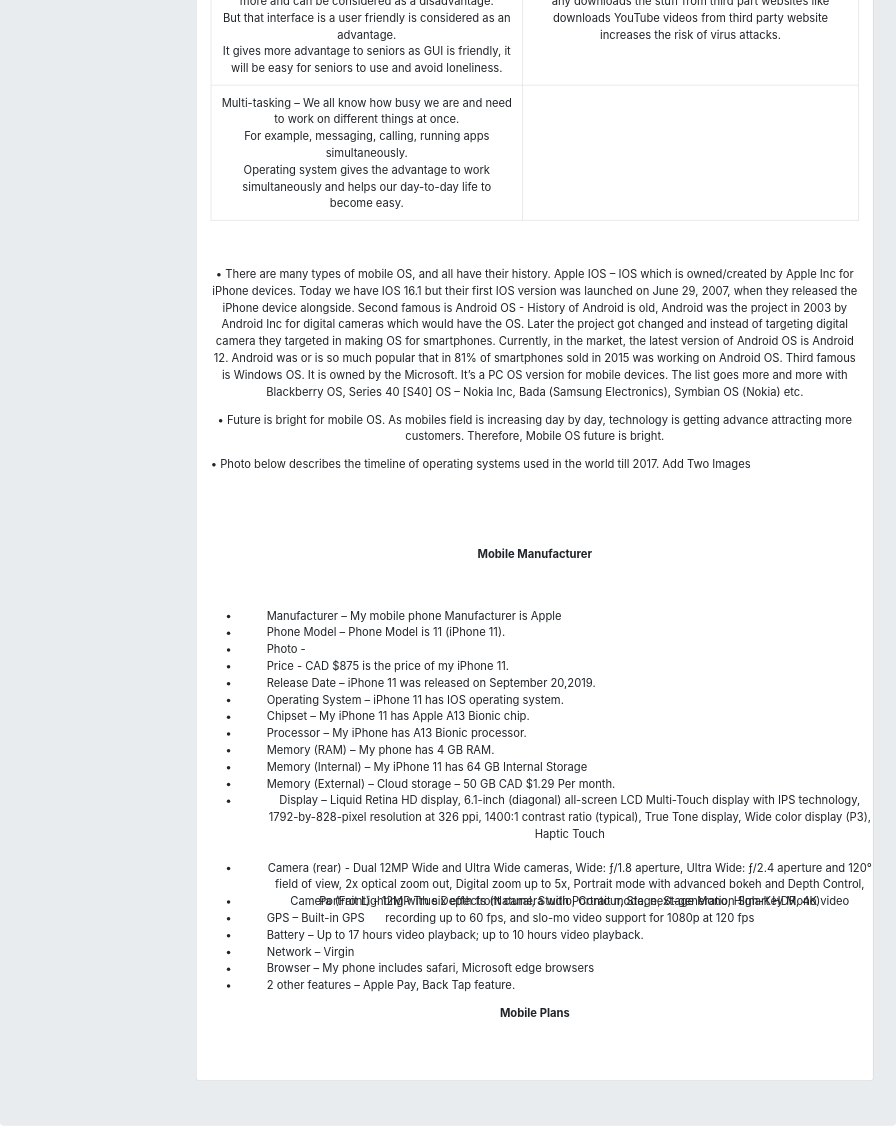
Repository: devanshudave1901/Mobile-Dev-Website
Page: labs.html
An editor plug-in stored every save of this project. The page is shown before and after the next save, followed by the edit.
The browser window is 1280 px wide. The pictures show the part of the page from y = 1653 to 3573 px (the page is 3293 px tall before and 3573 px after), at 70% of full size.
Some web libraries are served in a nearby version.

Above is the page before, as saved 2022-10-05 19:29:05.

### labs.html
<!DOCTYPE html>
<html lang="en">
  <head>
    <meta charset="UTF-8" />
    <meta http-equiv="X-UA-Compatible" content="IE=edge" />
    <meta name="viewport" content="width=device-width, initial-scale=1.0" />
    <link
      rel="stylesheet"
      href="https://cdn.jsdelivr.net/npm/bootstrap@4.0.0/dist/css/bootstrap.min.css"
      integrity="sha384-Gn5384xqQ1aoWXA+058RXPxPg6fy4IWvTNh0E263XmFcJlSAwiGgFAW/dAiS6JXm"
      crossorigin="anonymous"
    />
    <link
      href="https://maxcdn.bootstrapcdn.com/font-awesome/4.2.0/css/font-awesome.min.css"
      rel="stylesheet"
    />
    <link rel="stylesheet" href="./css/style.css" />

    <style>
      .navbar-nav {
        margin-left: auto;
        font-size: 23px;
      }
      .welcomeHeading {
        text-shadow: 2px 2px red;
        text-align: center;
      }
      .welcomeText {
        text-align: center;
        font-family: "Sofia", sans-serif;
      }
      .featurette-heading {
        font-weight: 300;
        line-height: 1;
        letter-spacing: -0.05rem;
        margin-top: 20%;
      }
      .profileIamge {
        width: 250px;

        left: 300px;
      }
      .mobileDevProfile {
        margin-top: 10%;
        left: 100px;
      }
      .main {
        display: flex;
        flex-wrap: nowrap;
        height: 100vh;
        height: -webkit-fill-available;
        max-height: 100vh;
        overflow-x: auto;
        overflow-y: hidden;
      }
      .sideBar {
        height: 870px;
      }
      li span{
        position: absolute;
         left: 100px;
      }
    </style>
    <script
      src="https://code.jquery.com/jquery-3.2.1.slim.min.js"
      integrity="sha384-KJ3o2DKtIkvYIK3UENzmM7KCkRr/rE9/Qpg6aAZGJwFDMVNA/GpGFF93hXpG5KkN"
      crossorigin="anonymous"
    ></script>
    <script
      src="https://cdn.jsdelivr.net/npm/popper.js@1.12.9/dist/umd/popper.min.js"
      integrity="sha384-ApNbgh9B+Y1QKtv3Rn7W3mgPxhU9K/ScQsAP7hUibX39j7fakFPskvXusvfa0b4Q"
      crossorigin="anonymous"
    ></script>
    <script
      src="https://cdn.jsdelivr.net/npm/bootstrap@4.0.0/dist/js/bootstrap.min.js"
      integrity="sha384-JZR6Spejh4U02d8jOt6vLEHfe/JQGiRRSQQxSfFWpi1MquVdAyjUar5+76PVCmYl"
      crossorigin="anonymous"
    ></script>
    <title>Mobile Development - Lab 2</title>
  </head>
  <body>
    <div id="navBar">
      <nav class="navbar sticky-top navbar-expand-lg navbar-dark bg-dark">
        <a class="navbar-brand" href="#">Devanshu Dave</a>

        <div class="collapse navbar-collapse" id="navbarNavDropdown">
          <ul class="navbar-nav" mr-auto>
            <li class="nav-item active">
              <a class="nav-link" href="./index.html"
                >Home <span class="sr-only">(current)</span></a
              >
            </li>
            <li class="nav-item">
              <a class="nav-link" href="./course.html">Course</a>
            </li>
          </ul>
        </div>
      </nav>
    </div>
    <div id="sideBar">
        <div
        class="d-flex flex-column flex-shrink-0 p-3 bg-light sideBar"
        style="width: 280px"
      >
        <a
          href="/"
          class="d-flex align-items-center mb-3 mb-md-0 me-md-auto link-dark text-decoration-none"
        >
          <svg class="bi me-2" width="40" height="32">
            <use xlink:href="#bootstrap" />
          </svg>
          <span class="fs-4">Home</span>
        </a>
        <hr />
        <ul class="nav nav-pills flex-column mb-auto">
          <li>
            <a href="index.html" class="nav-link link-dark">
              <svg class="bi me-2" width="16" height="16">
                <use xlink:href="#table" />
              </svg>
              Classwork
            </a>
          </li>
          <li class="nav-item">
            <a href="labs.html" class="nav-link" aria-current="page">
              <svg class="bi me-2" width="16" height="16">
                <use xlink:href="#home" />
              </svg>
              Labs
            </a>
          </li>
          <li>
            <a href="#" class="nav-link link-dark">
              <svg class="bi me-2" width="16" height="16">
                <use xlink:href="#speedometer2" />
              </svg>
              Project
            </a>
          </li>
        </ul>
        <hr />
      </div>
      <br />
      <br />
      <br />
    </div></div>
    <div id="mainBar">
        <div class="jumbotron">
            <h1>Labs Of Mobile Development 4201</h1>

            <div class="card text-center id="nav-tab" role="tablist"">
                <div class="card-header">
                  <ul class="nav nav-tabs card-header-tabs">
                    <li class="nav-item">
                      <a class="nav-item nav-link active" id="nav-home-tab" data-toggle="tab" href="#nav-home" role="tab" aria-controls="nav-home" aria-selected="true" >Lab 1</a>
                    </li>
                    <li class="nav-item">
                      <a  class="nav-item nav-link" id="nav-profile-tab" data-toggle="tab" href="#nav-profile" role="tab" aria-controls="nav-profile" aria-selected="false">Lab 2</a>
                    </li>

                  </ul>
                </div>
                <div class="tab-content" id="nav-tabContent">
                    <div class="card-body tab-pane fade show active" id="nav-home" role="tabpanel" aria-labelledby="nav-home-tab"">
                    <h5 class="card-title">Lab 1</h5>
                    <p class="card-text">
                        Name : Devanshu Dave <br/>
                        Course Code : MODE 4201<br/>
                        Student ID : 100785733<br/>
                        Title : Lab 1 – Individual work<br/>
                        Date – 21/09/2022<br/>

                    </p>
                    <br/>
                    <br/>
                    <p>
                    <b> Mobile Development – Mobile Operating System</b><br/><br/>

                        •	When we go to the shop for purchasing the mobile device, now a days most common question we hear is “Do you prefer android or IOS?”. Now the question arises, what is exactly android and IOS. What’s the point to ask?. Well, to answer this question we have to dig more into the dept. But in short, Android and IOS are the part of types from many in mobile Operating systems. <br/>They are the main part which can change the user experience to use Mobile device. Its also a path between software and hardware part of the mobile device. <br/><br/><br/>
                        •	Mobile Device is used in day-to-day life. From small things to big, mobiles have become the most important part of our life. To run the mobile device OS which is also known as Operating System is required. OS is very important part of the mobile device. Mostly Applications which run on the mobile is with the help of the OS present in the device. They are also known as communicator between software and hardware.<br/><br/>
                        •	 There are various types of OS. But the two famous OS are Android and IOS. Most of the manufacturing companies have their own OS. Android devices (many manufacturing companies) have android OS. For example, Apple mobile phones have their own IOS which helps to run the iPhone devices. Android OS is used in Android devices like Samsung, Oppo, Vivo, MI etc.<br/><br/>
                        •	 There are many advantages of Mobile Operating system. Along with that where there are advantages there are also disadvantages. <br/>

                    </p>
                    <table class="table table-bordered">
                        <thead>
                        <tr>

                            <th scope="col">Advantages</th>
                            <th scope="col">Disadvantages</th>

                        </tr>
                        </thead>
                        <tbody>
                        <tr>

                            <td>Operating System helps us to run the mobile devices.
                                Or with the help of OS, we can use Mobile device in an
                                easy way in day-to-day life</td>
                            <td>Costly. One of the disadvantage is that it is costly.
                                Though OS is an open source, but it costs the companies more.
                                According to the survey, it states that the specific OS is costing providers more to service.</td>
                        </tr>
                        <tr>
                            <td>Second Advantage is Security. Every OS provides their own security to protect the data  <br/>and has different ways to defend the hacking on mobile devices.
                                <br/> For example, according to what I heard or experienced,<br/> Apple doesn’t allow many features ( apps or websites to access) in compared to android.<br/>
                                Every operating system provides the security, IOS is considered as the most secured OS than any other.
                                <br/>   “ According to Kaspersky Labs, nearly 1/3 of all mobile malware infections come from malicious SMS messages aimed at stealing personal information or money from people’s accounts. <br/>“ IOS secures the mobile device more than Android.
                                As mentioned above, IOS secures and restricts the activity that is a threat than android.”</td>
                            <td>  Complexity -  Various systems uses many languages in backend to run the OS on mobile devices.
                                <br/>  Like C++, Java, Kotlin etc. and can not be understood by any non-programmers.</td>
                        </tr>
                        <tr>
                            <td>
                                User Friendly – Though having GUI interface costs more and can be
                                considered as a disadvantage. <br/>But that interface is a user friendly is considered as an advantage.
                                <br/> It gives more advantage to seniors as GUI is friendly, it will be
                                easy for seniors to use and avoid loneliness.
                            </td>
                            <td>
                                Virus Attacks -  Nothing in the world is 100% perfect.
                                When any downloads the stuff from third part websites like downloads YouTube
                                videos from third party website increases the risk of virus attacks.
                            </td>
                        </tr>
                        <tr>
                            <td>
                                Multi-tasking – We all know how busy we are and need to work on different things at once.
                                <br/>For example, messaging, calling, running apps simultaneously.
                                <br/>Operating system gives the advantage to work simultaneously and helps our day-to-day life to become easy.
                            </td>
                        </tr>
                        </tbody>
                    </table>
                    <br>
                    <br>

                    <p>
                        •	There are many types of mobile OS, and all have their history.  Apple IOS – IOS which is owned/created by Apple Inc for iPhone devices.
                        Today we have IOS 16.1 but their first IOS version was launched on June 29, 2007, when they released  the iPhone device alongside.
                        Second famous is Android  OS -  History of Android is old, Android was  the project in 2003 by Android Inc for digital cameras which would have the OS.
                        Later the project   got changed and instead of targeting digital camera they targeted in making OS for smartphones. Currently, in the market, the latest version of Android OS is Android 12.
                        Android was or is so much popular that in 81% of smartphones sold in 2015 was working on Android OS. Third famous is Windows OS. It is owned by the Microsoft. It’s a PC OS version for mobile devices.
                            The list goes more and more with Blackberry OS, Series 40 [S40] OS – Nokia Inc, Bada (Samsung Electronics), Symbian OS (Nokia) etc.
                    </p>
                    <p style="float: left;">
                        •	Future is bright for mobile OS. As mobiles field is increasing day by day,
                        technology is getting advance attracting more customers.
                        Therefore, Mobile OS future is bright.<br/>

                    </p>
                    <p style="float: left;">
                        •	Photo below describes the timeline of operating systems used in the world till 2017. Add Two Images
                    </p>
                    <br/>
                    <br/>
                    <br/>
                    <br/>
                    <br/>
                    <br/>
                    <br/>
                    <br/>


                    <b style="text-align: centre;">Mobile Manufacturer</b>
                    <br/>
                    <br/>
                    <br/>
                    <p >
                        <ul>

                            <li><span>Manufacturer – My mobile phone Manufacturer is Apple</span></li>
                                <li><span> Phone Model – Phone Model is 11 (iPhone 11).</span></li>
                                <li><span> Photo -<br/>  </span></li>
                                <li><span> Price -   CAD $875 is the price of my iPhone 11.</span></li>
                                <li><span> Release Date – iPhone 11 was released on September 20,2019.</span></li>
                                <li> <span>Operating System – iPhone 11 has IOS operating system.</span> </li>
                                <li> <span>Chipset – My iPhone 11 has Apple A13 Bionic chip.</span></li>
                                <li><span>Processor – My iPhone has  A13 Bionic processor.</span> </li>
                                <li><span> Memory (RAM) – My phone has 4 GB RAM.</span> </li>
                                <li><span>Memory (Internal) –  My iPhone 11 has 64 GB Internal Storage</span></li>
                                <li><span>Memory (External) – Cloud storage – 50 GB CAD $1.29 Per month.</span></li>
                                <li><span>Display –  Liquid Retina HD display, 6.1-inch (diagonal) all-screen LCD Multi-Touch display with IPS technology, 1792-by-828-pixel resolution at 326 ppi, 1400:1 contrast ratio (typical), True Tone display, Wide color display (P3), Haptic Touch</span></li>
                                <br/>
                                <br/>
                                <br/>
                                <li><span>Camera (rear)  - Dual 12MP Wide and Ultra Wide cameras, Wide: ƒ/1.8 aperture, Ultra Wide: ƒ/2.4 aperture and 120° field of view, 2x optical zoom out, Digital zoom up to 5x, Portrait mode with advanced bokeh and Depth Control, Portrait Lighting with six effects (Natural, Studio, Contour, Stage, Stage Mono, High-Key Mono)</span></li><br/>
                                <li><span>Camera (Front)  - 12MP True Depth front camera with Portrait mode, next-generation Smart HDR, 4K video recording up to 60 fps, and slo-mo video support for 1080p at 120 fps</span></li>
                                <li><span>GPS – Built-in GPS</span></li>
                                <li><span>Battery – Up to 17 hours video playback; up to 10 hours video playback.</span></li>
                                <li><span>Network – Virgin</span></li>
                                <li><span>Browser – My phone includes safari, Microsoft edge browsers </span></li>
                                <li><span>2 other features – Apple Pay, Back Tap feature.</span></li>


                        </ul>
                    </p>
                    <b style="text-align: centre;">Mobile Plans</b>
                    <br/>
                    <br/>
                    <br/>
                    <p >
                        <ul>


                        </ul>

                    </p>
              </div>
              <div class="tab-pane fade" id="nav-profile" role="tabpanel" aria-labelledby="nav-profile-tab">...</div>
             </div>
        </div>
    </div>
  </body>
</html>

### css/style.css
#sideBar {
  height: 570px;
  margin-top: 5px;
  float: left;
  /* text-align: center; */
}

#mainBar {
  text-align: center;
}

After the next save:
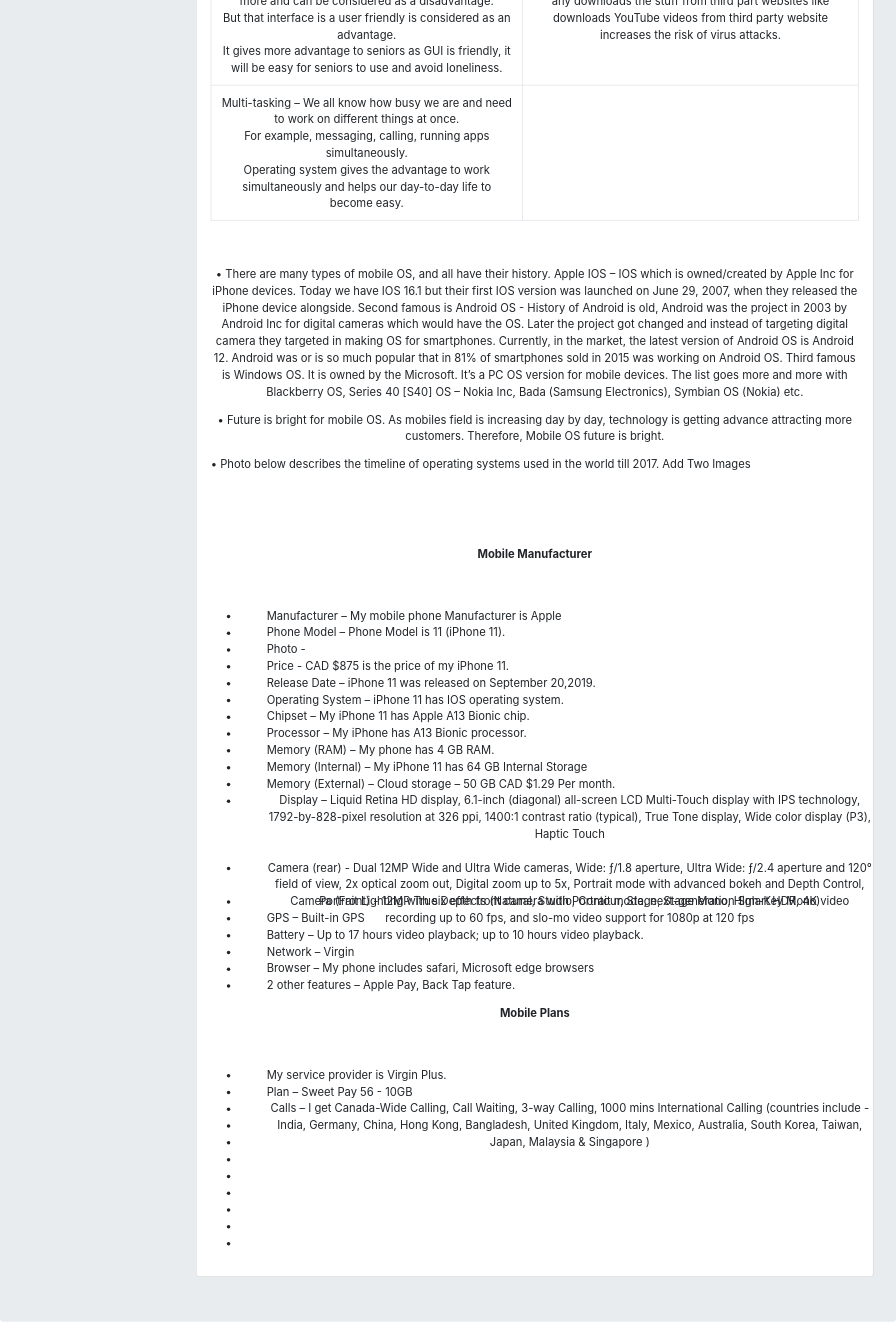
Saved 49 s later.
--- a/labs.html
+++ b/labs.html
@@ -302,6 +302,17 @@
                     <p >
                         <ul>
 
+                            <li><span>My service provider is Virgin Plus.</span></li>
+                            <li><span>Plan –  Sweet Pay 56 - 10GB</span></li>
+                            <li><span>Calls – I get Canada-Wide Calling, Call Waiting, 3-way Calling, 1000 mins International Calling (countries include  - India, Germany, China, Hong Kong, Bangladesh, United Kingdom, Italy, Mexico, Australia, South Korea, Taiwan, Japan, Malaysia & Singapore )</span></li>
+                            <li><span></span></li>
+                            <li><span></span></li>
+                            <li><span></span></li>
+                            <li><span></span></li>
+                            <li><span></span></li>
+                            <li><span></span></li>
+                            <li><span></span></li>
+                            <li><span></span></li>
 
                         </ul>
 
